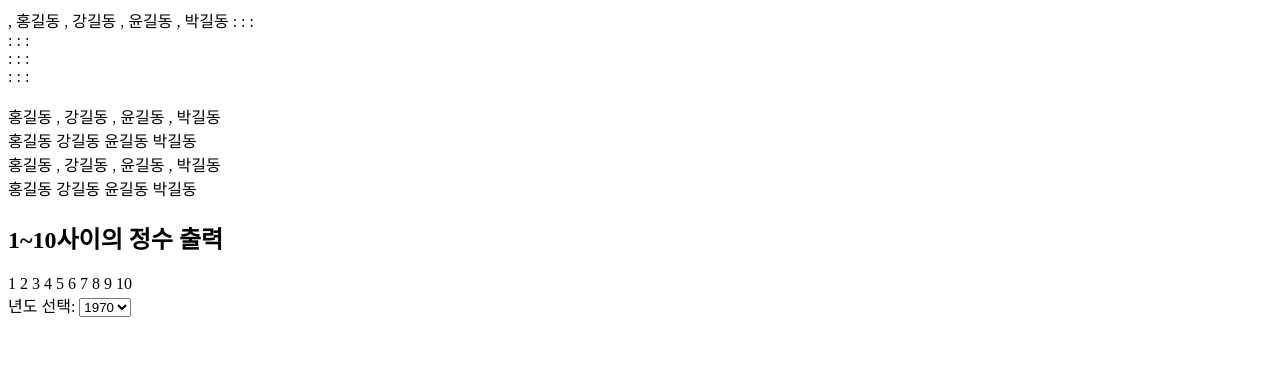
Repository: skim24245/web_workspace_src
Page: http://localhost/Lecture-Web/jsp/el/exam13.jsp
An editor plug-in stored every save of this project. The page is shown before and after the next save, followed by the edit.
The browser window is 1280 px wide. The pictures show the whole page.
The page is served by Tomcat 9. Other server files are loaded and not shown. The template is opened directly, without the code that normally fills it, so the values that code supplies are empty.

Above is the page before, as saved 2022-06-07 07:52:45.

### Lecture-Web/src/main/webapp/jsp/el/exam13.jsp
<%@ page language="java" contentType="text/html; charset=UTF-8"
    pageEncoding="UTF-8"%>
<%@taglib prefix="c" uri="http://java.sun.com/jsp/jstl/core" %>
<%
String [] names = {"홍길동","강길동","윤길동","박길동"};
pageContext.setAttribute("names",names);
pageContext.setAttribute("length",names.length-1);
%>

<!DOCTYPE html>
<html>
<head>
<meta charset="UTF-8">
<title>Insert title here</title>
</head>
<body>

<c:forEach items="${ names }" var="name" varStatus="Loop">
<c:if test="${ not loop.first }">
,
</c:if>
${name}
</c:forEach>



<c:forEach items="${names}" var="name" varStatus="Loop">
${loop.first } : ${ loop.last } : ${loop.index } : ${loop.count} <br>
</c:forEach>

<BR>
<c:set var="cnt" value="1"/>
<c:forEach items="${names }" var="name">
<c:if test="${cnt ne 1 }">
,
</c:if>
${name}
<c:set var="cnt" value="${cnt+1}"/>
</c:forEach>
<c:remove var="cnt" scope="page"/>
<BR>



<c:forEach items="${names }" var="name">
${name }
</c:forEach>
<BR>
<c:forEach begin="0" end="${length}" var="i">
<%-- <c:if test="${i ne 0}">
,
</c:if> --%>
${names[i]}
<c:if test="${i ne length }">
,
</c:if>
</c:forEach>
<br>
<c:forEach items="${ names }" var = "name">
${ name }
</c:forEach>





<h2>1~10사이의 정수 출력</h2>
<c:forEach begin="1" end="10" var="i">
${i}
</c:forEach>


<br>
년도 선택:
<select>
<c:forEach begin="1970" end="2022" step = "10" var="year">
<option> ${year}</option>
</c:forEach>


</select>
</body>
</html>

After the next save:
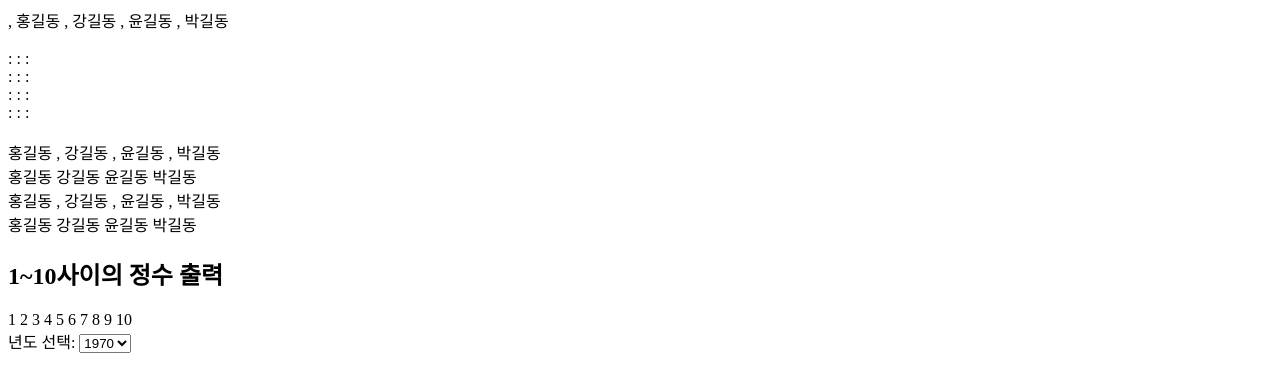
Saved 10 s later.
--- a/Lecture-Web/src/main/webapp/jsp/el/exam13.jsp
+++ b/Lecture-Web/src/main/webapp/jsp/el/exam13.jsp
@@ -21,7 +21,8 @@ pageContext.setAttribute("length",names.length-1);
 </c:if>
 ${name}
 </c:forEach>
-
+<BR>
+<BR>
 
 
 <c:forEach items="${names}" var="name" varStatus="Loop">
